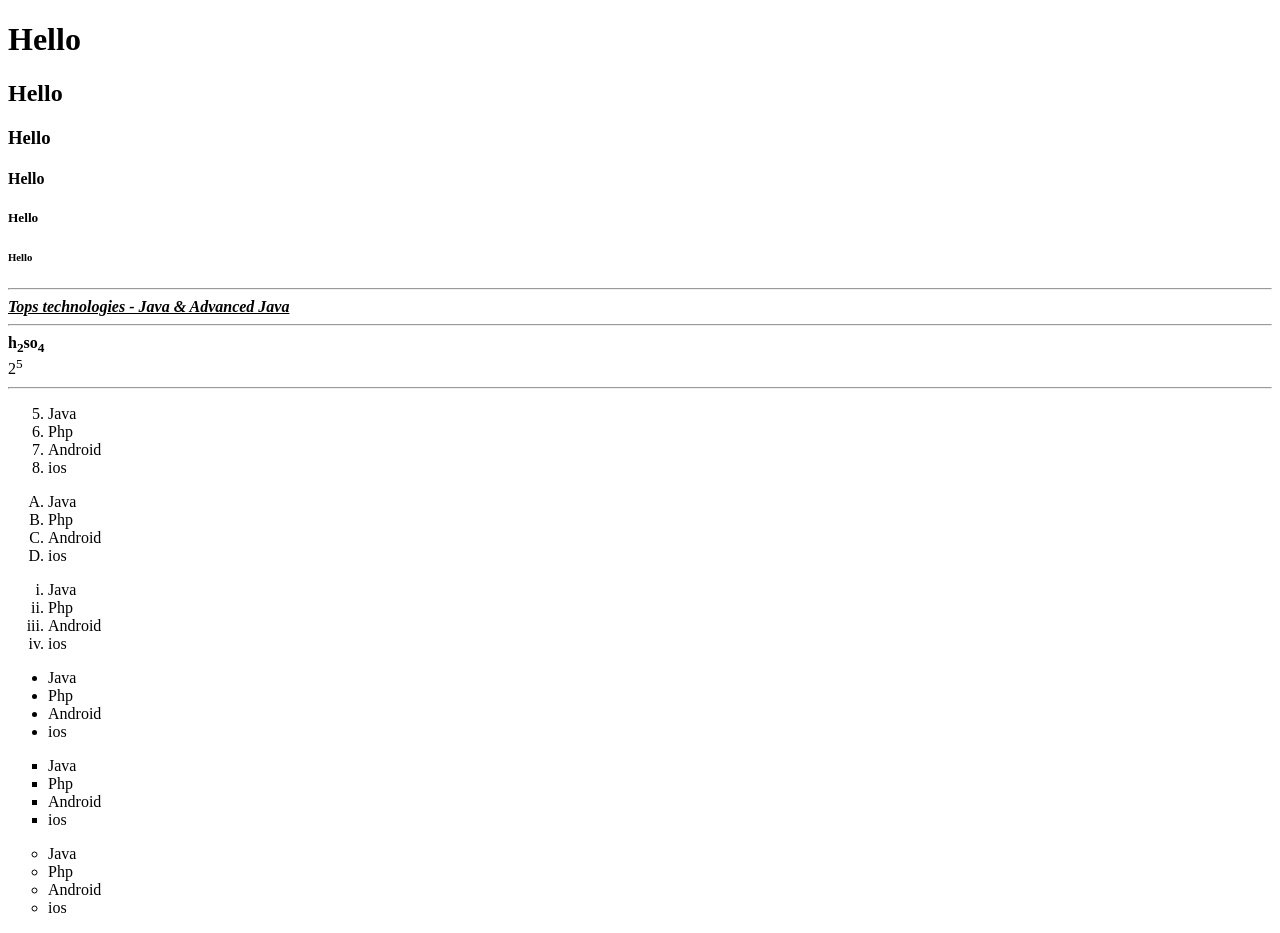
Repository: Chintan-elite/Java_Shail
Page: Learning_web/src/main/webapp/index.html
An editor plug-in stored every save of this project. The page is shown before and after the next save, followed by the edit.
The browser window is 1280 px wide. The pictures show the whole page.

Above is the page before, as saved 2023-09-08 12:06:38.

After the next save:
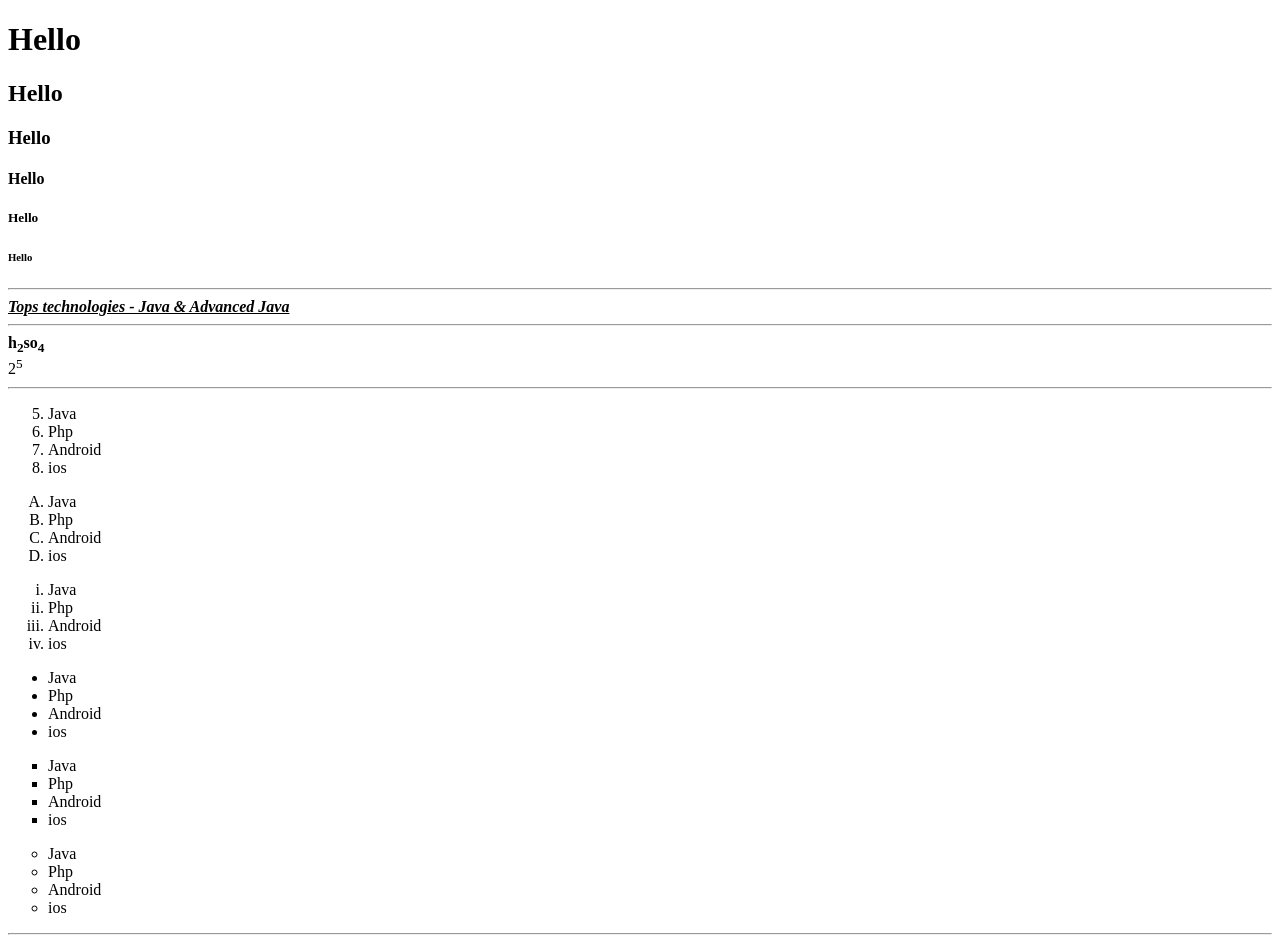
Saved 42 s later.
--- a/Learning_web/src/main/webapp/index.html
+++ b/Learning_web/src/main/webapp/index.html
@@ -66,6 +66,10 @@
 	<li>ios</li>
 	</ul>
 
+	<hr>
+
+	<p></p>
+
 
 
 </body>
